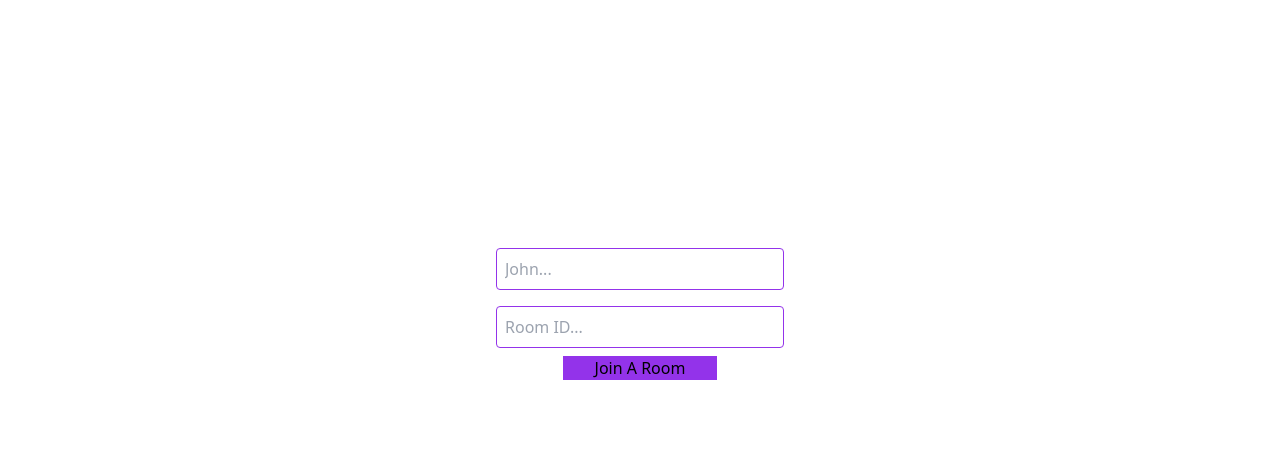
Repository: GabrielMorring/tictactoe
Page: /
An editor plug-in stored every save of this project. The page is shown before and after the next save, followed by the edit.
The browser window is 1280 px wide. The pictures show the whole page.
The page's requests for data from a server got no answer. The project was rebuilt for these pictures with package versions that can differ from the ones it lists, and the page was loaded fresh each time. No one was signed in, and anything a server would have sent is missing. Also part of the build but not shown: src/components/Square.jsx, src/components/Board.jsx.

Above is the page before, as saved 2022-06-20 10:28:51.

### src/App.js
import Board from "./components/Board";
import { useState } from "react";
import io from "socket.io-client";

const socket = io.connect("http://localhost:3001");

function App() {
  const [showBoard, setShowBoard] = useState(false);
  const [userName, setUserName] = useState("");
  const [room, setRoom] = useState("");

  const joinRoom = () => {
    if (userName !== "" && room !== "") {
      socket.emit("join_room", room);
      setShowBoard(true);
    } else {
      alert("Please enter a username and room");
    }
  };

  return (
    <div className="">
      {showBoard ? (
        <Board socket={socket} userName={userName} room={room} />
      ) : (
        <div className="flex flex-col w-72 mx-auto my-60 items-center">
          <input
            className="w-full p-2 m-2 border border-purple-600 rounded focus:outline-none"
            type="text"
            placeholder="John..."
            onChange={(e) => setUserName(e.target.value)}
          />
          <input
            className="w-full p-2 m-2 border border-purple-600 rounded focus:outline-none"
            type="text"
            placeholder="Room ID..."
            onChange={(e) => setRoom(e.target.value)}
          />
          <button className="bg-purple-600 px-8" onClick={joinRoom}>
            Join A Room
          </button>
        </div>
      )}
    </div>
  );
}

export default App;

Loaded but not shown: public/index.html (common file); src/index.js (common file); src/index.css (common file); src/reportWebVitals.js (common file); tailwind.config.js (common file)

After the next save:
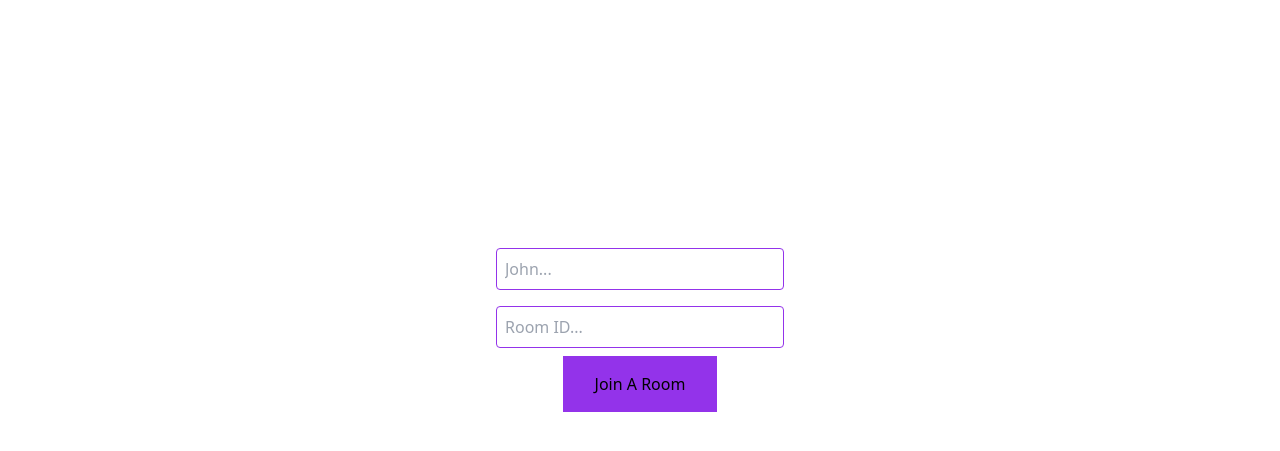
Saved 9 s later.
--- a/src/App.js
+++ b/src/App.js
@@ -36,7 +36,7 @@ function App() {
             placeholder="Room ID..."
             onChange={(e) => setRoom(e.target.value)}
           />
-          <button className="bg-purple-600 px-8" onClick={joinRoom}>
+          <button className="bg-purple-600 px-8 py-4" onClick={joinRoom}>
             Join A Room
           </button>
         </div>
